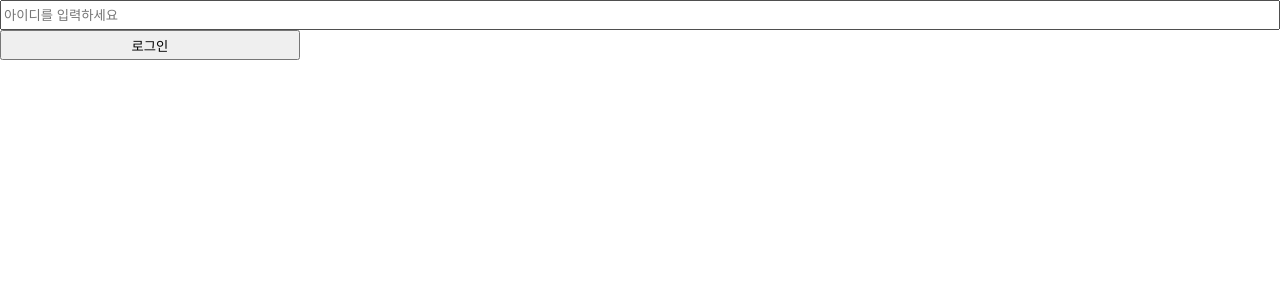
Repository: mekeyace/portfolio
Page: http://localhost/web/mobile.jsp
The author's editor kept a copy of each file at every save. The page is drawn from the files as they stood at one save, then again after the next save.
The browser window is 1280 px wide. The pictures show the whole page.
The page is served by Tomcat 9.

Above is the page before, as saved 2023-06-22 06:04:02.

After the next save:
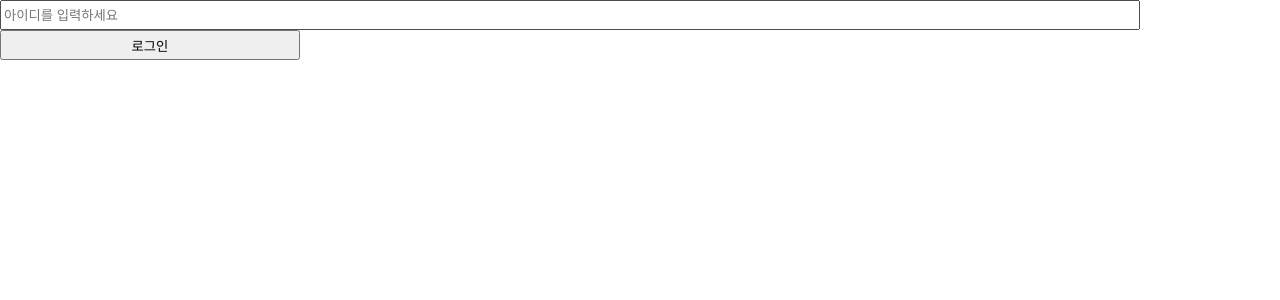
Saved 81 s later.
--- a/maven/web/src/main/webapp/mobile.jsp
+++ b/maven/web/src/main/webapp/mobile.jsp
@@ -16,7 +16,7 @@ padding: 0;
 
 /* 가로크기 :340px  -> Object크기 : 300px */
 .mid {
-width : 100%;
+width : calc(100% - 140px);
 height: 30px;
 box-sizing: border-box;
 }
